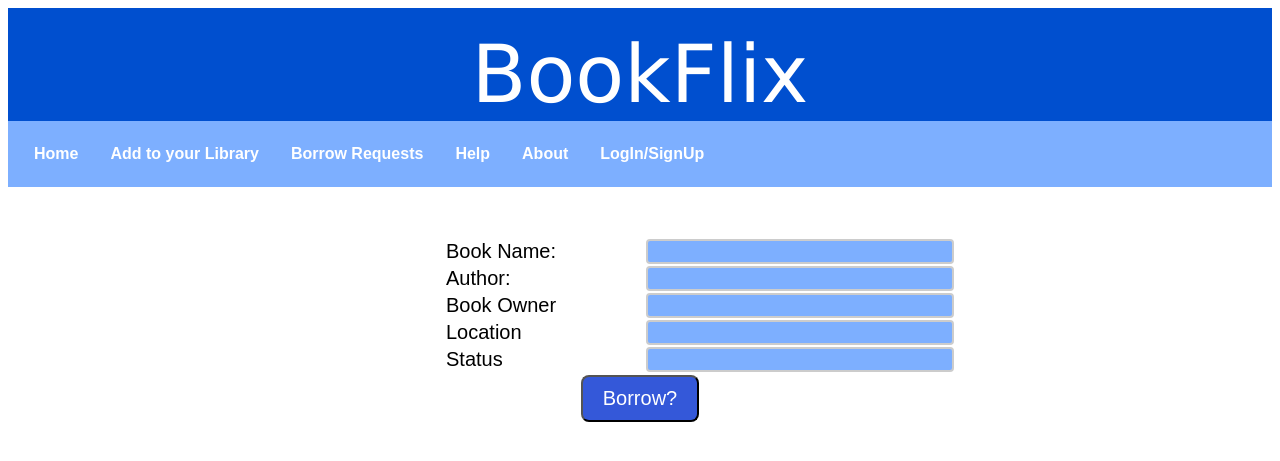
Repository: dan-10/Deloitte
Page: http://localhost/BookFlix/WEB-INF/views/status.jsp
The author's editor kept a copy of each file at every save. The page is drawn from the files as they stood at one save, then again after the next save.
The browser window is 1280 px wide. The pictures show the whole page.
The page is served by Tomcat 9. Nobody is signed in. The template is opened directly, without the code that normally fills it, so the values that code supplies are empty.

Above is the page before, as saved 2019-08-09 04:57:20.

After the next save:
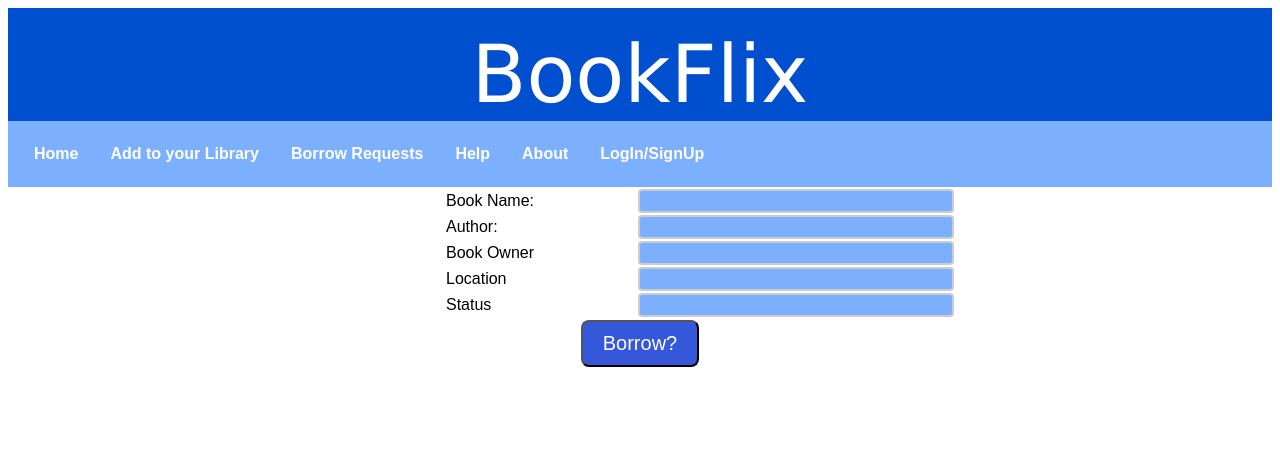
Saved 42 s later.
--- a/DeloitteTrainig/Final Project BookFlix/BookFlix/src/main/webapp/WEB-INF/views/status.jsp
+++ b/DeloitteTrainig/Final Project BookFlix/BookFlix/src/main/webapp/WEB-INF/views/status.jsp
@@ -92,7 +92,7 @@
 		  </div>
 
 		 <!-- Book and user details area  -->
-		 <div class="AddBookForm">
+		 <div class="StatusForm">
 				<center>
 
 					<f:form>

After the save that followed:
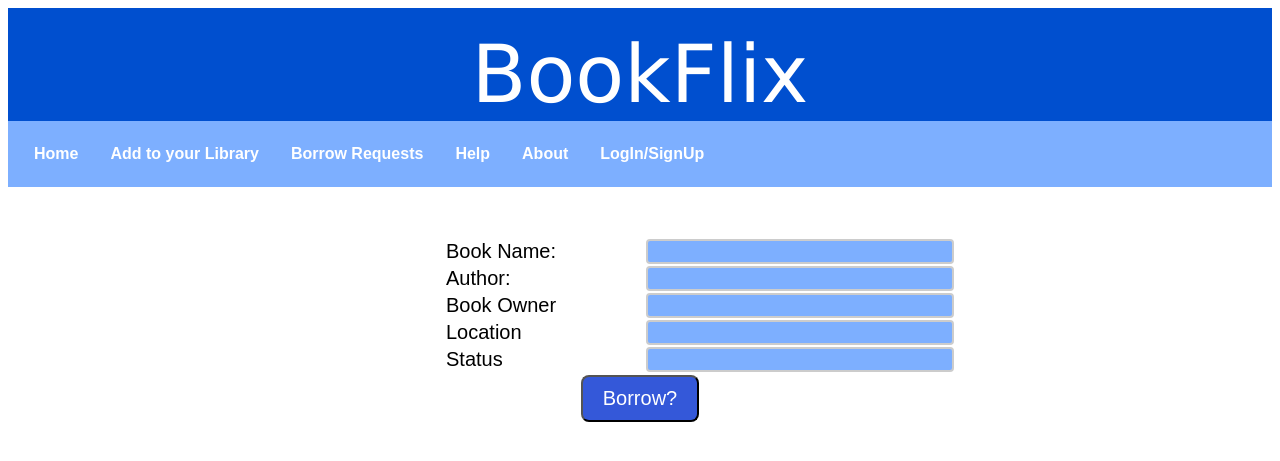
Saved 8 s later.
--- a/DeloitteTrainig/Final Project BookFlix/BookFlix/src/main/webapp/WEB-INF/views/status.jsp
+++ b/DeloitteTrainig/Final Project BookFlix/BookFlix/src/main/webapp/WEB-INF/views/status.jsp
@@ -12,7 +12,7 @@
 		<style type="text/css"><%@include file="/WEB-INF/views/styles/homeStyles.css" %></style>
 		<style>
 
-	.AddBookForm {
+	.StatusForm {
 	grid-area: AddBookForm;
 	font-family: Arial;
 	font-size: 20px;
